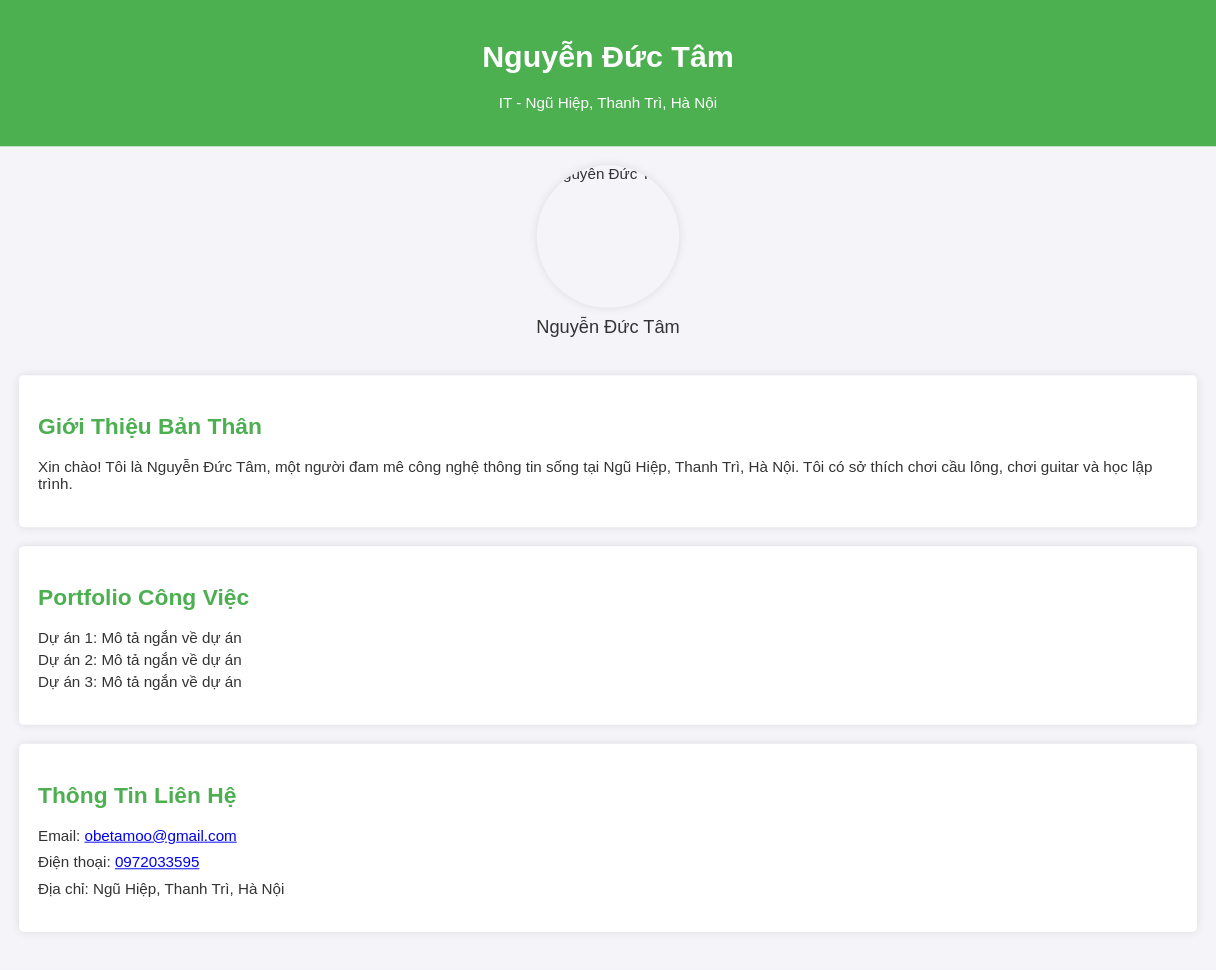
Repository: obetamoo/Introduce
Page: index.html
An editor plug-in stored every save of this project. The page is shown before and after a run of saves, followed by the edit.
The browser window is 1280 px wide. The pictures show the whole page, at 95% of full size.

Above is the page before, as saved 2024-07-15 10:19:02.
Not found: asset/img/avatar.png

After the next 4 saves:
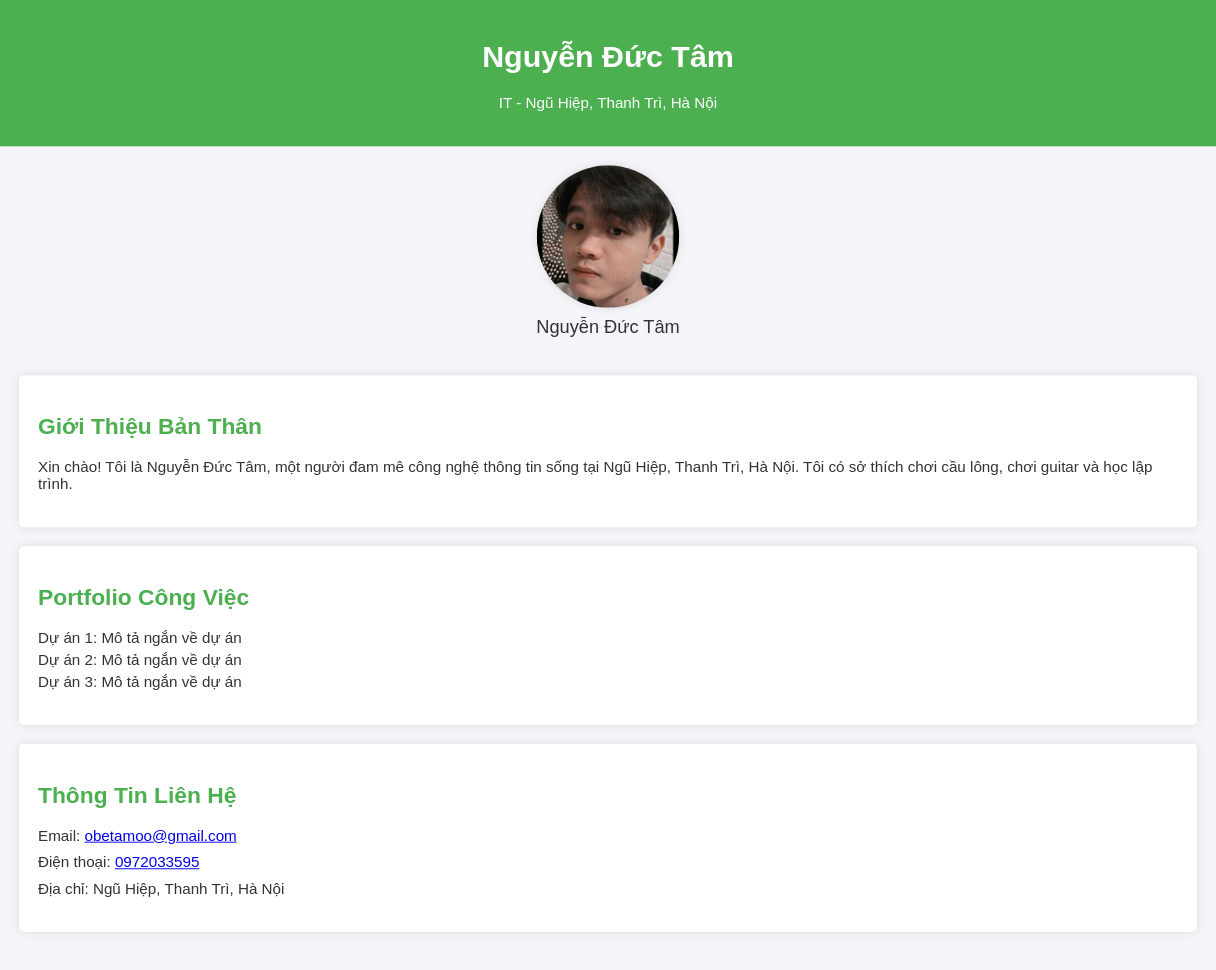
The 4 saves are shown as one change because they came seconds apart.
The last was saved 4 min 11 s later.
--- a/index.html
+++ b/index.html
@@ -68,7 +68,7 @@
     </header>
     <div class="container">
         <div class="avatar">
-            <img src="./asset/img/avatar.png" alt="Nguyễn Đức Tâm">
+            <img src="./asset/img/avatar.jpg" alt="Nguyễn Đức Tâm">
             <p>Nguyễn Đức Tâm</p>
         </div>
         <section class="profile">
